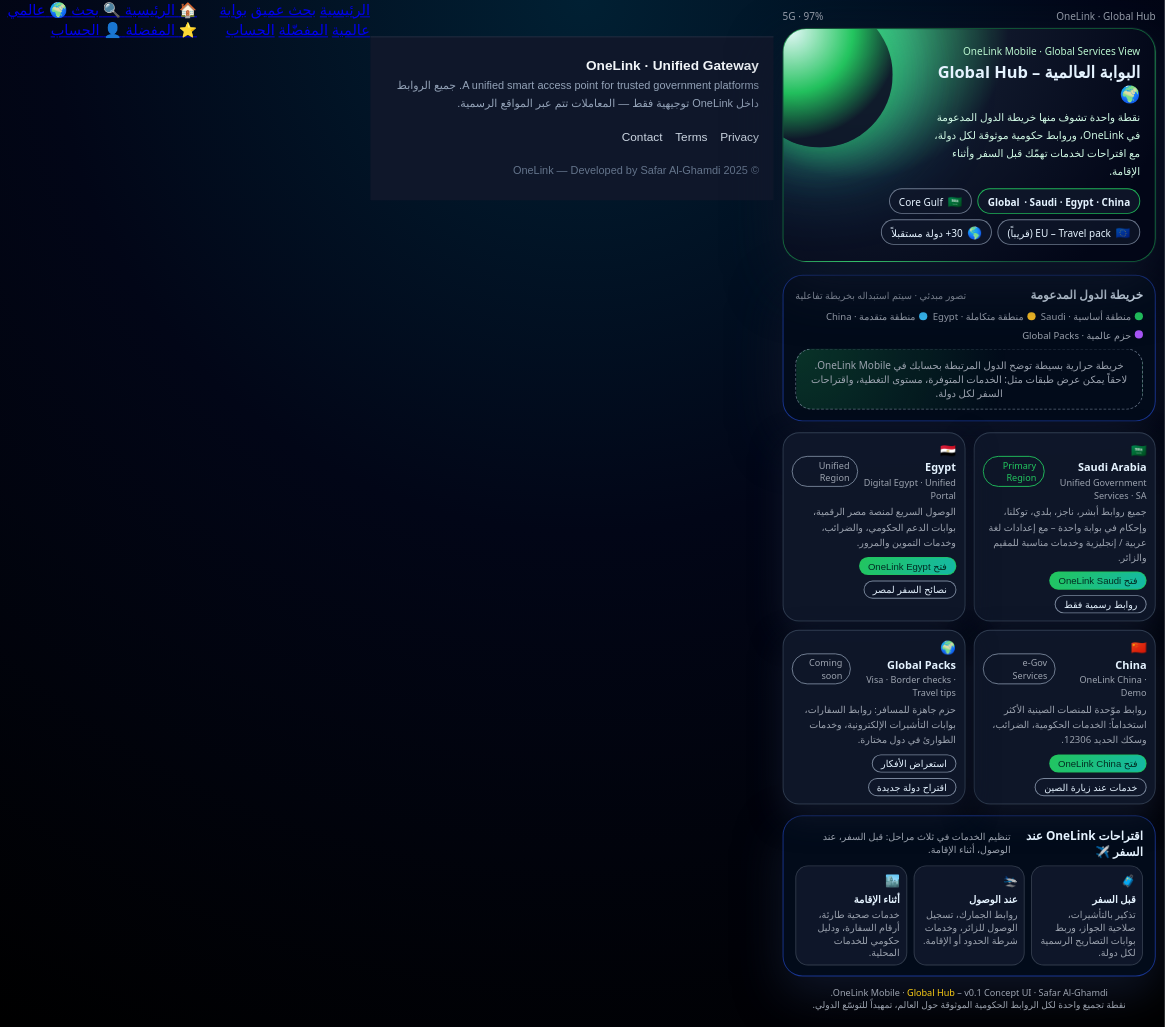
Repository: seesafar/GovLinksApp
Page: docs/app-ui/app-global-hub.html
These files come from the project's save history. The page is drawn as it stood at one moment and after a run of saves; the edit follows.
The browser window is 1280 px wide. The pictures show the whole page, at 91% of full size.

Above is the page before, as saved 2025-12-01 07:19:59.

### docs/app-ui/app-global-hub.html
<!DOCTYPE html>
<html lang="ar" dir="rtl">
<head>
  <meta charset="UTF-8" />
  <title>OneLink Mobile · Global Hub</title>
  <meta name="viewport" content="width=device-width, initial-scale=1.0" />

  <style>
    :root {
      --bg-main: #020617;
      --panel: #020b1a;
      --panel-soft: rgba(15, 23, 42, 0.96);
      --accent: #22c55e;
      --accent-blue: #38bdf8;
      --accent-gold: #facc15;
      --text-main: #e5f3ff;
      --text-muted: #9ca3af;
      --border-soft: rgba(148, 163, 184, 0.45);
      --radius-xl: 22px;
    }

    * {
      box-sizing: border-box;
      margin: 0;
      padding: 0;
    }

    body {
      min-height: 100vh;
      font-family: system-ui, -apple-system, "Segoe UI", sans-serif;
      background: radial-gradient(circle at top, #012033 0, #020617 45%, #000 100%);
      color: var(--text-main);
      display: flex;
      justify-content: center;
    }

    .app-shell {
      width: 100%;
      max-width: 430px;
      padding: 10px 10px 18px;
    }

    .status-bar {
      display: flex;
      justify-content: space-between;
      align-items: center;
      font-size: 11px;
      color: var(--text-muted);
      margin-bottom: 6px;
    }

    /* Hero globe */
    .hero {
      position: relative;
      border-radius: 26px;
      padding: 16px 16px 18px;
      background: radial-gradient(circle at 20% 0%, #4ade80 0, #0f172a 40%, #020617 85%);
      border: 1px solid rgba(34, 197, 94, 0.5);
      box-shadow:
        0 24px 60px rgba(15, 23, 42, 0.95),
        0 0 0 1px rgba(15, 23, 42, 0.9);
      margin-bottom: 14px;
      overflow: hidden;
    }

    .hero-globe {
      position: absolute;
      inset-inline-end: -40px;
      top: -30px;
      width: 160px;
      height: 160px;
      border-radius: 999px;
      background:
        radial-gradient(circle at 30% 20%, #ecfeff, #22c55e 40%, #0f172a 70%),
        radial-gradient(circle at 70% 90%, rgba(56, 189, 248, 0.85), transparent 60%);
      box-shadow:
        0 0 60px rgba(34, 197, 94, 0.9),
        0 0 120px rgba(56, 189, 248, 0.6);
      opacity: 0.95;
    }

    .hero-title {
      position: relative;
      z-index: 1;
      max-width: 230px;
      display: flex;
      flex-direction: column;
      gap: 4px;
    }

    .hero-title span.label {
      font-size: 11px;
      color: #bbf7d0;
    }

    .hero-title h1 {
      font-size: 18px;
      font-weight: 800;
    }

    .hero-title p {
      font-size: 11.5px;
      color: #d1fae5;
      line-height: 1.7;
    }

    .hero-chip-row {
      position: relative;
      z-index: 1;
      display: flex;
      flex-wrap: wrap;
      gap: 6px;
      margin-top: 10px;
      font-size: 11px;
    }

    .hero-chip {
      border-radius: 999px;
      padding: 4px 10px;
      background: rgba(15, 23, 42, 0.75);
      border: 1px solid rgba(148, 163, 184, 0.7);
      color: #e5f3ff;
      display: inline-flex;
      align-items: center;
      gap: 5px;
    }

    .hero-chip span.flag {
      font-size: 13px;
    }

    .hero-chip.main {
      background: rgba(15, 23, 42, 0.9);
      border-color: rgba(34, 197, 94, 0.9);
      font-weight: 600;
    }

    /* Map panel */
    .map-panel {
      background: var(--panel);
      border-radius: var(--radius-xl);
      border: 1px solid rgba(30, 64, 175, 0.8);
      padding: 12px 13px;
      margin-bottom: 12px;
      box-shadow: 0 20px 55px rgba(15, 23, 42, 0.9);
    }

    .map-header {
      display: flex;
      justify-content: space-between;
      align-items: baseline;
      margin-bottom: 8px;
    }

    .map-header h2 {
      font-size: 13px;
    }

    .map-header span.tag {
      font-size: 10.5px;
      color: var(--text-muted);
    }

    .map-legend {
      display: flex;
      flex-wrap: wrap;
      gap: 6px;
      font-size: 10.5px;
      margin-bottom: 8px;
      color: var(--text-muted);
    }

    .legend-dot {
      width: 9px;
      height: 9px;
      border-radius: 999px;
      display: inline-block;
      margin-inline-end: 4px;
    }

    .legend-dot.sa { background: #22c55e; }
    .legend-dot.eg { background: #fbbf24; }
    .legend-dot.cn { background: #38bdf8; }
    .legend-dot.global { background: #a855f7; }

    .map-placeholder {
      border-radius: 18px;
      border: 1px dashed rgba(148, 163, 184, 0.6);
      padding: 10px;
      font-size: 11px;
      color: var(--text-muted);
      text-align: center;
      background: radial-gradient(circle at 0 0, rgba(34, 197, 94, 0.22), transparent 60%);
    }

    /* Country cards */
    .countries-grid {
      display: grid;
      grid-template-columns: repeat(2, minmax(0, 1fr));
      gap: 9px;
      margin-bottom: 12px;
    }

    .country-card {
      background: var(--panel-soft);
      border-radius: 18px;
      border: 1px solid rgba(51, 65, 85, 0.9);
      padding: 9px 9px 8px;
      font-size: 11px;
      display: flex;
      flex-direction: column;
      gap: 3px;
      box-shadow: 0 14px 34px rgba(15, 23, 42, 0.9);
    }

    .country-header {
      display: flex;
      justify-content: space-between;
      align-items: center;
      gap: 4px;
    }

    .country-name {
      display: flex;
      flex-direction: column;
      gap: 1px;
    }

    .country-name span.flag {
      font-size: 14px;
    }

    .country-name strong {
      font-size: 12px;
    }

    .country-name span.sub {
      color: var(--text-muted);
      font-size: 10px;
    }

    .country-pill {
      border-radius: 999px;
      padding: 2px 8px;
      border: 1px solid rgba(148, 163, 184, 0.8);
      font-size: 10px;
      color: var(--text-muted);
    }

    .country-pill.primary {
      border-color: var(--accent);
      color: var(--accent);
    }

    .country-body {
      font-size: 10.5px;
      color: var(--text-muted);
      line-height: 1.6;
    }

    .country-actions {
      margin-top: 4px;
      display: flex;
      gap: 6px;
      flex-wrap: wrap;
    }

    .btn-mini {
      border-radius: 999px;
      border: none;
      padding: 3px 9px;
      font-size: 10.5px;
      cursor: pointer;
      background: rgba(15, 23, 42, 0.96);
      color: var(--text-main);
      border: 1px solid rgba(148, 163, 184, 0.8);
    }

    .btn-mini.main {
      background: linear-gradient(120deg, var(--accent), #14b8a6);
      color: #022c22;
      border-color: rgba(34, 197, 94, 0.9);
    }

    /* Travel tips */
    .travel-panel {
      background: var(--panel);
      border-radius: var(--radius-xl);
      border: 1px solid rgba(30, 64, 175, 0.8);
      padding: 12px 13px 11px;
      box-shadow: 0 20px 50px rgba(15, 23, 42, 0.9);
      margin-bottom: 10px;
    }

    .travel-header {
      display: flex;
      justify-content: space-between;
      align-items: baseline;
      margin-bottom: 6px;
    }

    .travel-header h2 {
      font-size: 13px;
    }

    .travel-header span {
      font-size: 10.5px;
      color: var(--text-muted);
    }

    .travel-grid {
      display: grid;
      grid-template-columns: repeat(3, minmax(0, 1fr));
      gap: 7px;
      font-size: 10.5px;
    }

    .travel-card {
      border-radius: 14px;
      padding: 7px 7px 6px;
      background: rgba(15, 23, 42, 0.96);
      border: 1px solid rgba(55, 65, 81, 0.9);
      display: flex;
      flex-direction: column;
      gap: 3px;
      color: var(--text-muted);
    }

    .travel-card strong {
      font-size: 11px;
      color: #e5f3ff;
    }

    .travel-card span.icon {
      font-size: 13px;
    }

    /* Footer */
    .footer-note {
      font-size: 10px;
      color: var(--text-muted);
      text-align: center;
      margin-top: 4px;
    }

    .footer-note span {
      color: var(--accent-gold);
    }
  </style>
</head>

<body>
  <div class="app-shell">
    <div class="status-bar">
      <span>OneLink · Global Hub</span>
      <span>5G · 97%</span>
    </div>

    <!-- HERO -->
    <section class="hero">
      <div class="hero-globe"></div>

      <div class="hero-title">
        <span class="label">OneLink Mobile · Global Services View</span>
        <h1>البوابة العالمية – Global Hub 🌍</h1>
        <p>
          نقطة واحدة تشوف منها خريطة الدول المدعومة في OneLink، وروابط حكومية موثوقة لكل دولة،
          مع اقتراحات لخدمات تهمّك قبل السفر وأثناء الإقامة.
        </p>
      </div>

      <div class="hero-chip-row">
        <div class="hero-chip main">
          Saudi · Egypt · China · <span>Global</span>
        </div>
        <div class="hero-chip">
          <span class="flag">🇸🇦</span> Core Gulf
        </div>
        <div class="hero-chip">
          <span class="flag">🇪🇺</span> EU – Travel pack (قريباً)
        </div>
        <div class="hero-chip">
          <span class="flag">🌎</span> 30+ دولة مستقبلاً
        </div>
      </div>
    </section>

    <!-- MAP / REGIONS -->
    <section class="map-panel">
      <div class="map-header">
        <h2>خريطة الدول المدعومة</h2>
        <span class="tag">تصور مبدئي · سيتم استبداله بخريطة تفاعلية</span>
      </div>

      <div class="map-legend">
        <span><span class="legend-dot sa"></span>منطقة أساسية · Saudi</span>
        <span><span class="legend-dot eg"></span>منطقة متكاملة · Egypt</span>
        <span><span class="legend-dot cn"></span>منطقة متقدمة · China</span>
        <span><span class="legend-dot global"></span>حزم عالمية · Global Packs</span>
      </div>

      <div class="map-placeholder">
        خريطة حرارية بسيطة توضح الدول المرتبطة بحسابك في OneLink Mobile.<br />
        لاحقاً يمكن عرض طبقات مثل: الخدمات المتوفرة، مستوى التغطية، واقتراحات السفر لكل دولة.
      </div>
    </section>

    <!-- COUNTRY CARDS -->
    <section class="countries-grid">
      <!-- Saudi -->
      <article class="country-card">
        <div class="country-header">
          <div class="country-name">
            <span class="flag">🇸🇦</span>
            <strong>Saudi Arabia</strong>
            <span class="sub">Unified Government Services · SA</span>
          </div>
          <span class="country-pill primary">Primary Region</span>
        </div>
        <p class="country-body">
          جميع روابط أبشر، ناجز، بلدي، توكلنا، وإحكام في بوابة واحدة –
          مع إعدادات لغة عربية / إنجليزية وخدمات مناسبة للمقيم والزائر.
        </p>
        <div class="country-actions">
          <button class="btn-mini main">فتح OneLink Saudi</button>
          <button class="btn-mini">روابط رسمية فقط</button>
        </div>
      </article>

      <!-- Egypt -->
      <article class="country-card">
        <div class="country-header">
          <div class="country-name">
            <span class="flag">🇪🇬</span>
            <strong>Egypt</strong>
            <span class="sub">Digital Egypt · Unified Portal</span>
          </div>
          <span class="country-pill">Unified Region</span>
        </div>
        <p class="country-body">
          الوصول السريع لمنصة مصر الرقمية، بوابات الدعم الحكومي، والضرائب، وخدمات التموين والمرور.
        </p>
        <div class="country-actions">
          <button class="btn-mini main">فتح OneLink Egypt</button>
          <button class="btn-mini">نصائح السفر لمصر</button>
        </div>
      </article>

      <!-- China -->
      <article class="country-card">
        <div class="country-header">
          <div class="country-name">
            <span class="flag">🇨🇳</span>
            <strong>China</strong>
            <span class="sub">OneLink China · Demo</span>
          </div>
          <span class="country-pill">e-Gov Services</span>
        </div>
        <p class="country-body">
          روابط موّحدة للمنصات الصينية الأكثر استخداماً: الخدمات الحكومية، الضرائب، وسكك الحديد 12306.
        </p>
        <div class="country-actions">
          <button class="btn-mini main">فتح OneLink China</button>
          <button class="btn-mini">خدمات عند زيارة الصين</button>
        </div>
      </article>

      <!-- Global pack -->
      <article class="country-card">
        <div class="country-header">
          <div class="country-name">
            <span class="flag">🌍</span>
            <strong>Global Packs</strong>
            <span class="sub">Visa · Border checks · Travel tips</span>
          </div>
          <span class="country-pill">Coming soon</span>
        </div>
        <p class="country-body">
          حزم جاهزة للمسافر: روابط السفارات، بوابات التأشيرات الإلكترونية، وخدمات الطوارئ في دول مختارة.
        </p>
        <div class="country-actions">
          <button class="btn-mini">استعراض الأفكار</button>
          <button class="btn-mini">اقتراح دولة جديدة</button>
        </div>
      </article>
    </section>

    <!-- TRAVEL TIPS -->
    <section class="travel-panel">
      <div class="travel-header">
        <h2>اقتراحات OneLink عند السفر ✈️</h2>
        <span>تنظيم الخدمات في ثلاث مراحل: قبل السفر، عند الوصول، أثناء الإقامة.</span>
      </div>

      <div class="travel-grid">
        <div class="travel-card">
          <span class="icon">🧳</span>
          <strong>قبل السفر</strong>
          <span>تذكير بالتأشيرات، صلاحية الجواز، وربط بوابات التصاريح الرسمية لكل دولة.</span>
        </div>

        <div class="travel-card">
          <span class="icon">🛬</span>
          <strong>عند الوصول</strong>
          <span>روابط الجمارك، تسجيل الوصول للزائر، وخدمات شرطة الحدود أو الإقامة.</span>
        </div>

        <div class="travel-card">
          <span class="icon">🏙️</span>
          <strong>أثناء الإقامة</strong>
          <span>خدمات صحية طارئة، أرقام السفارة، ودليل حكومي للخدمات المحلية.</span>
        </div>
      </div>
    </section>

    <div class="footer-note">
      OneLink Mobile · <span>Global Hub</span> – v0.1 Concept UI · Safar Al-Ghamdi.<br />
      نقطة تجميع واحدة لكل الروابط الحكومية الموثوقة حول العالم، تمهيداً للتوسّع الدولي.
    </div>
  </div>
  <div data-include="../core/layout/footer.html"></div>

<script src="../core/js/include.js"></script>
<!--
<nav class="app-nav">
  <a href="app-home-global.html" class="active">الرئيسية</a>
  <a href="app-deep-search.html">بحث عميق</a>
  <a href="app-global-hub.html">بوابة عالمية</a>
  <a href="app-favorites-global.html">المفضلة</a>
  <a href="app-account.html">الحساب</a>
</nav>
-->
</body>
</html>
<nav class="app-nav">
  <a href="app-home-global.html">الرئيسية</a>
  <a href="app-deep-search.html">بحث عميق</a>
  <a href="app-global-hub.html" class="active">بوابة عالمية</a>
  <a href="app-favorites-global.html">المفضّلة</a>
  <a href="app-account.html">الحساب</a>
</nav>
<div data-include="../core/layout/bottom-nav.html"></div>
<script src="../core/js/include.js"></script>
</body>
</html>

### core/i18n/include.js
// include.js
// =======================
// Universal Header & Footer Loader
// For OneLink (Saudi - Egypt - China - EN)
// =======================

async function includeHTML() {

  const elements = document.querySelectorAll("[data-include]");

  for (const el of elements) {
    const file = el.getAttribute("data-include");

    try {
      const response = await fetch(file);

      if (!response.ok) {
        el.innerHTML = `<div style="color:red">Error loading: ${file}</div>`;
        continue;
      }

      const html = await response.text();
      el.innerHTML = html;
    } catch (err) {
      el.innerHTML = `<div style="color:red">Include failed: ${file}</div>`;
    }
  }
}

// Run on page load
document.addEventListener("DOMContentLoaded", includeHTML);

### core/i18n/footer.html
<footer class="onelink-footer">
  <div class="footer-inner">

    <div class="footer-left">
      <h3 class="footer-title">OneLink · Unified Gateway</h3>
      <p class="footer-desc">
        A unified smart access point for trusted government platforms.
        جميع الروابط داخل OneLink توجيهية فقط — المعاملات تتم عبر المواقع الرسمية.
      </p>
    </div>

    <div class="footer-links">
      <a href="#">Privacy</a>
      <a href="#">Terms</a>
      <a href="#">Contact</a>
    </div>

    <div class="footer-copy">
      © 2025 OneLink — Developed by Safar Al-Ghamdi
    </div>

  </div>
</footer>

<style>
  .onelink-footer {
    background: #0f172a;
    border-top: 1px solid rgba(148, 163, 184, 0.2);
    padding: 22px 0 26px;
    margin-top: 40px;
    color: #cbd5e1;
    font-family: "Cairo", sans-serif;
  }

  .footer-inner {
    max-width: 1100px;
    margin: 0 auto;
    padding: 0 16px;
    display: flex;
    flex-direction: column;
    gap: 18px;
  }

  .footer-title {
    font-size: 15px;
    font-weight: 700;
    margin-bottom: 4px;
    color: #f1f5f9;
  }

  .footer-desc {
    font-size: 12px;
    color: #94a3b8;
    line-height: 1.7;
  }

  .footer-links {
    display: flex;
    gap: 14px;
    font-size: 13px;
  }

  .footer-links a {
    color: #cbd5e1;
    text-decoration: none;
  }

  .footer-links a:hover {
    color: #38bdf8;
  }

  .footer-copy {
    font-size: 12px;
    color: #64748b;
    margin-top: 4px;
  }
</style>

### core/i18n/bottom-nav.html
<nav class="bottom-nav">
  <a href="../app-ui/app-home-global.html" class="nav-item" data-tab="home">
    <span class="nav-icon">🏠</span>
    <span class="nav-label">الرئيسية</span>
  </a>

  <a href="../app-ui/app-deep-search.html" class="nav-item" data-tab="search">
    <span class="nav-icon">🔍</span>
    <span class="nav-label">بحث</span>
  </a>

  <a href="../app-ui/app-global-hub.html" class="nav-item" data-tab="hub">
    <span class="nav-icon">🌍</span>
    <span class="nav-label">عالمي</span>
  </a>

  <a href="../app-ui/app-favorites-global.html" class="nav-item" data-tab="fav">
    <span class="nav-icon">⭐</span>
    <span class="nav-label">المفضلة</span>
  </a>

  <a href="../app-ui/app-account.html" class="nav-item" data-tab="account">
    <span class="nav-icon">👤</span>
    <span class="nav-label">الحساب</span>
  </a>
</nav>

After the next 2 saves:
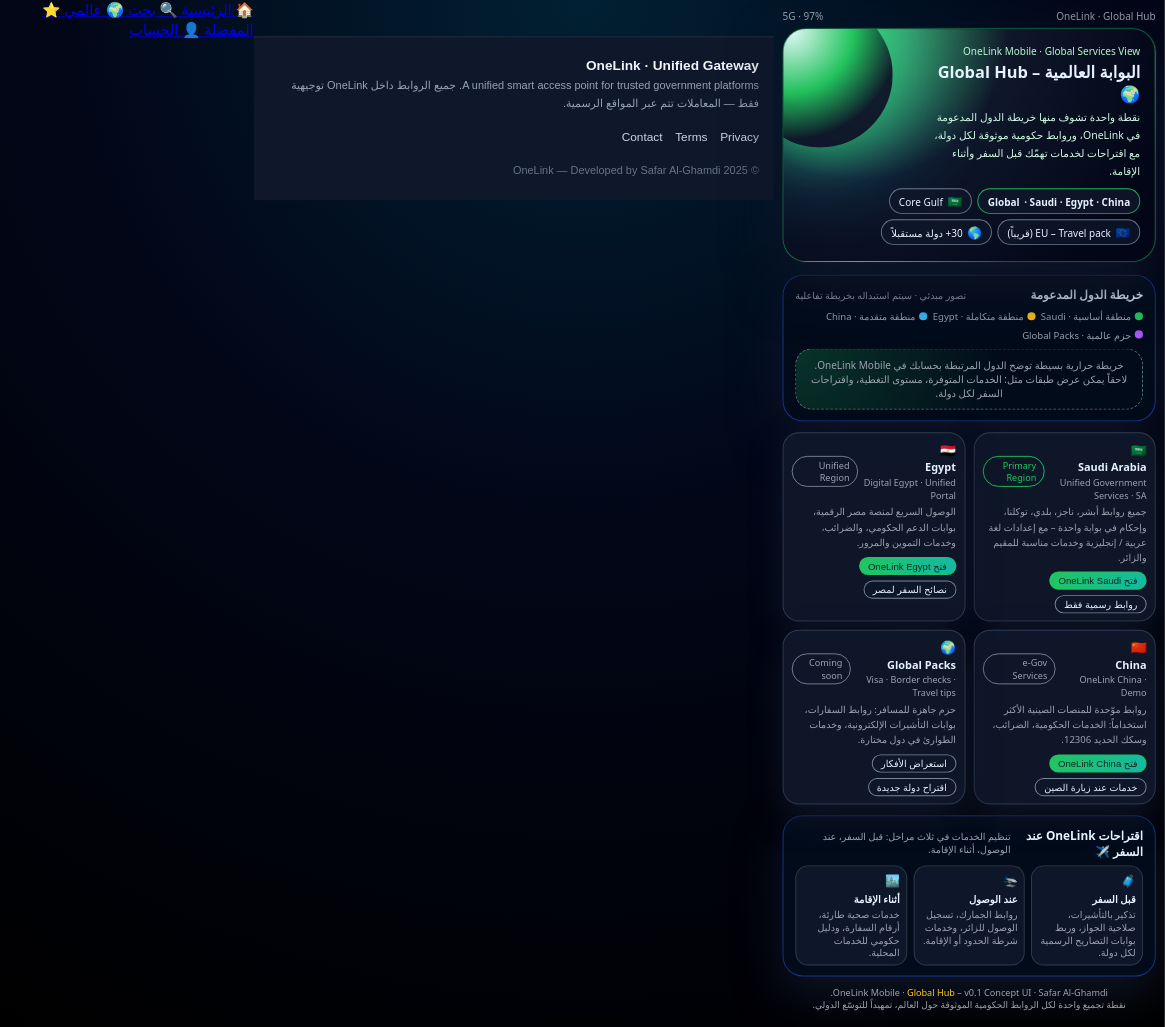
The 2 saves are shown as one change because they came seconds apart.
The last was saved 19 s later.
--- a/docs/app-ui/app-global-hub.html
+++ b/docs/app-ui/app-global-hub.html
@@ -521,24 +521,6 @@
   <div data-include="../core/layout/footer.html"></div>
 
 <script src="../core/js/include.js"></script>
-<!--
-<nav class="app-nav">
-  <a href="app-home-global.html" class="active">الرئيسية</a>
-  <a href="app-deep-search.html">بحث عميق</a>
-  <a href="app-global-hub.html">بوابة عالمية</a>
-  <a href="app-favorites-global.html">المفضلة</a>
-  <a href="app-account.html">الحساب</a>
-</nav>
--->
-</body>
-</html>
-<nav class="app-nav">
-  <a href="app-home-global.html">الرئيسية</a>
-  <a href="app-deep-search.html">بحث عميق</a>
-  <a href="app-global-hub.html" class="active">بوابة عالمية</a>
-  <a href="app-favorites-global.html">المفضّلة</a>
-  <a href="app-account.html">الحساب</a>
-</nav>
 <div data-include="../core/layout/bottom-nav.html"></div>
 <script src="../core/js/include.js"></script>
 </body>
